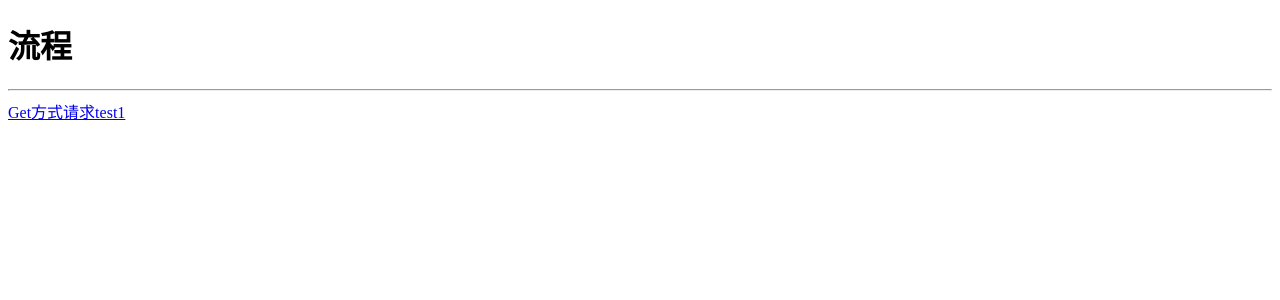
Repository: DFmoon/Servlet
Page: http://localhost/Exercise/3.2_userinfo.jsp
An editor plug-in stored every save of this project. The page is shown before and after the next save, followed by the edit.
The browser window is 1280 px wide. The pictures show the whole page.
The page is served by Tomcat 9. Other server files are loaded and not shown.

Above is the page before, as saved 2018-08-17 08:25:39.

### Exercise/WebContent/3.2_userinfo.jsp
<%@ page language="java" contentType="text/html; charset=utf-8"%>
<!DOCTYPE html PUBLIC "-//W3C//DTD HTML 4.01 Transitional//EN" "http://www.w3.org/TR/html4/loose.dtd">
<html>
<head>
<meta http-equiv="Content-Type" content="text/html; charset=utf-8">
<title>liucheng</title>
</head>
<body>
	<h1>流程</h1>
	<hr>

	<!-- get请求 -->
	<a href="servlet/test1">Get方式请求test1</a><br>

</body>
</html>

After the next save:
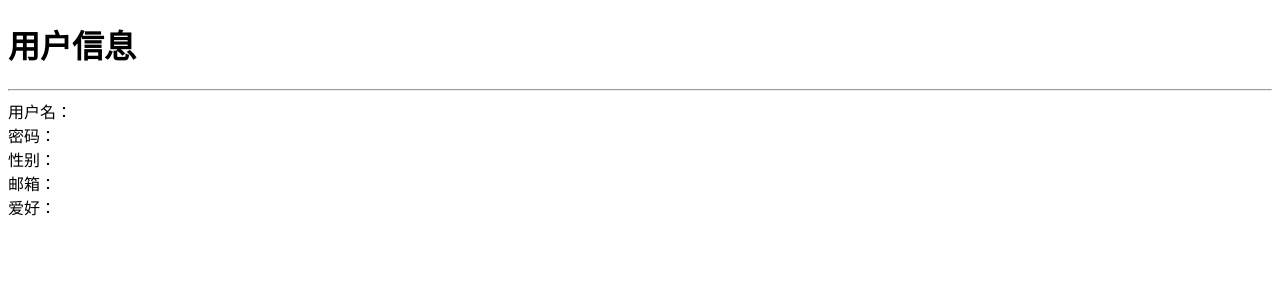
Saved 79 s later.
--- a/Exercise/WebContent/3.2_userinfo.jsp
+++ b/Exercise/WebContent/3.2_userinfo.jsp
@@ -3,14 +3,15 @@
 <html>
 <head>
 <meta http-equiv="Content-Type" content="text/html; charset=utf-8">
-<title>liucheng</title>
+<title>userinfo</title>
 </head>
 <body>
-	<h1>流程</h1>
+	<h1>用户信息</h1>
 	<hr>
-
-	<!-- get请求 -->
-	<a href="servlet/test1">Get方式请求test1</a><br>
-
+	用户名：<br>
+	密码：<br>
+	性别：<br>
+	邮箱：<br>
+	爱好：<br>
 </body>
 </html>
